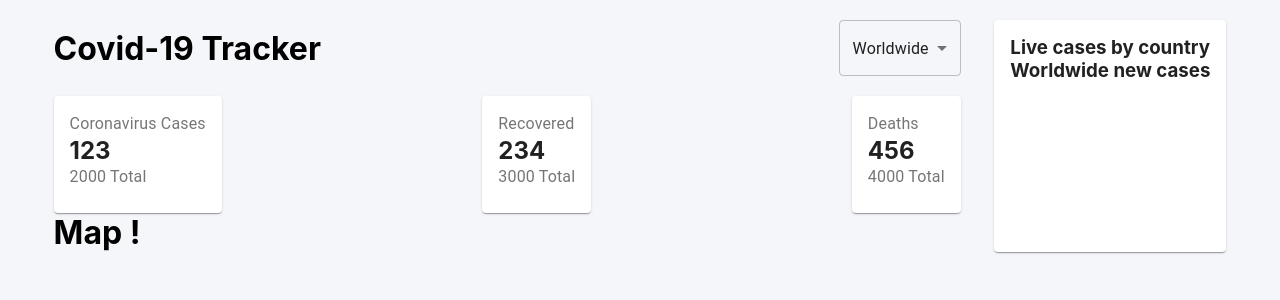
Repository: aashajo/covid-tracker-app-react
Page: /
An editor plug-in stored every save of this project. The page is shown before and after the next save, followed by the edit.
The browser window is 1280 px wide. The pictures show the whole page.
The page's requests for data from a server got no answer. The project was rebuilt for these pictures with package versions that can differ from the ones it lists, and the page was loaded fresh each time. No one was signed in, and anything a server would have sent is missing.

Above is the page before, as saved 2020-08-25 23:09:31.

After the next save:
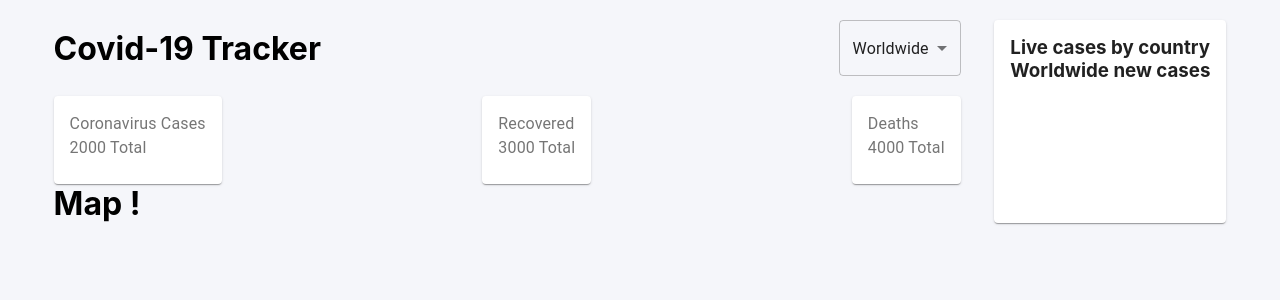
Saved 2 min 42 s later.
--- a/src/App.js
+++ b/src/App.js
@@ -51,7 +51,7 @@ function App() {
       });
   };
 
-  console.log("country info", countryInfo)
+  // console.log("country info", countryInfo)
 
   return (
     <div className="app">
@@ -77,9 +77,9 @@ function App() {
 
         {/* Info Box */}
         <div className="app_stats">
-          <Infobox title="Coronavirus Cases" cases={123} total={2000} />
-          <Infobox title="Recovered" cases={234} total={3000} />
-          <Infobox title="Deaths" cases={456} total={4000} />
+          <Infobox title="Coronavirus Cases" cases={countryInfo.todayCases} total={2000} />
+          <Infobox title="Recovered" cases={countryInfo.todayRecovered} total={3000} />
+          <Infobox title="Deaths" cases={countryInfo.todayDeaths} total={4000} />
         </div>
 
         {/* Map */}
